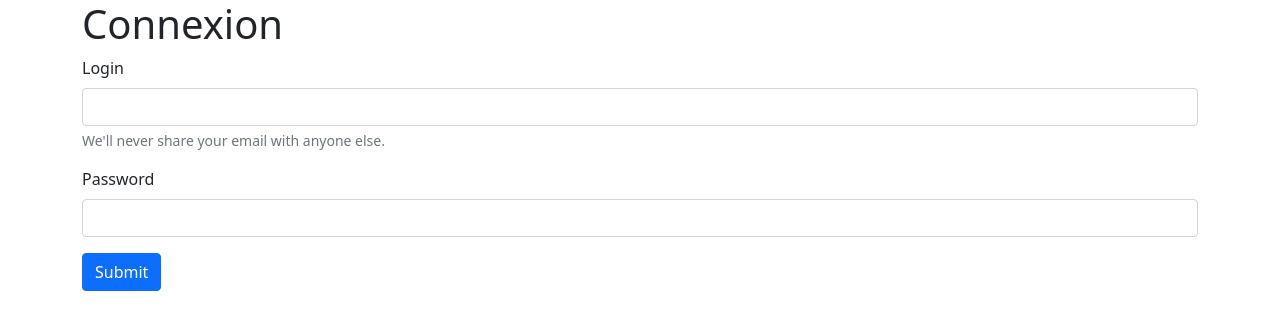
Repository: QuentinFayt/NewsWeb
Page: sources/adminNewsWeb/login.html
An editor plug-in stored every save of this project. The page is shown before and after the next save, followed by the edit.
The browser window is 1280 px wide. The pictures show the whole page.

Above is the page before, as saved 2021-12-23 10:14:54.

After the next save:
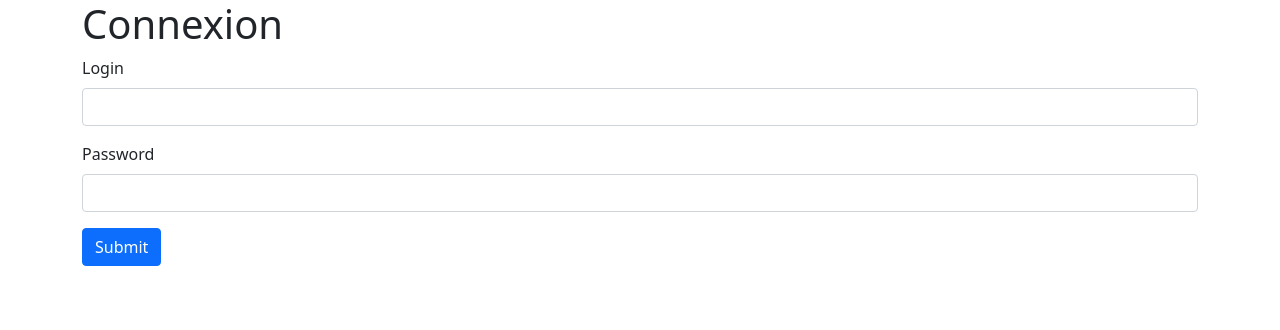
Saved 10 s later.
--- a/sources/adminNewsWeb/login.html
+++ b/sources/adminNewsWeb/login.html
@@ -18,7 +18,6 @@
             <div class="mb-3">
                 <label for="login" class="form-label">Login</label>
                 <input type="text" class="form-control" id="login" aria-describedby="loginHelp">
-                <div id="loginHelp" class="form-text">We'll never share your email with anyone else.</div>
             </div>
             <div class="mb-3">
                 <label for="password" class="form-label">Password</label>
